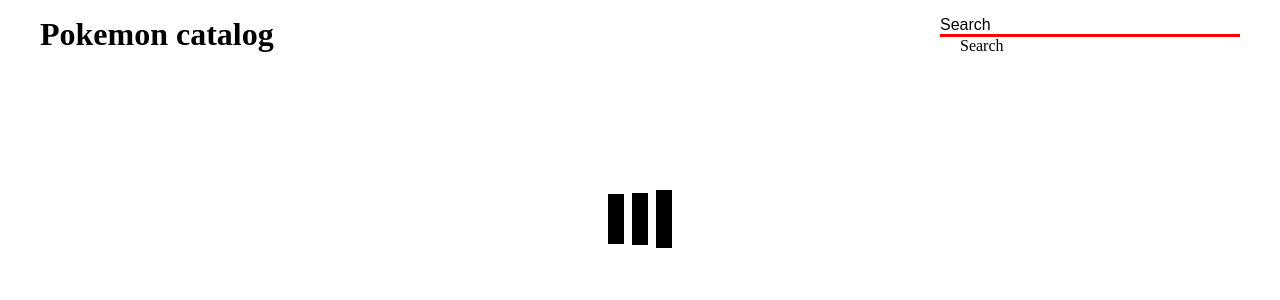
Repository: Ryszard-Penkala/pokemon-API
Page: index.html
An editor plug-in stored every save of this project. The page is shown before and after the next save, followed by the edit.
The browser window is 1280 px wide. The pictures show the whole page.
The page's requests for data from a server got no answer.

Above is the page before, as saved 2020-06-28 18:20:29.

### index.html
<!DOCTYPE html>
<html lang="en">
<head>
    <meta charset="UTF-8">
    <meta name="viewport" content="width=device-width, initial-scale=1.0">
    <link href="https://fonts.googleapis.com/css2?family=Lato:wght@400;700&amp;display=swap" rel="stylesheet">
    <link rel="stylesheet" href="assets/styles/styles.css">
    <title>Pokemon API</title>
</head>
<body>
    <main class="pokemon-app">
        <header class="header-main pokemon-app__header">
            <div class="header-main__catalog">
                <h1 class="header-main__heading">Pokemon catalog</h1>
            </div>
            <div class="header-main__search-bar">
                <input class="header-main__searching header-main__searching--active" type="text" name="search" id="search" placeholder="Search" autocomplete="off">
                <label for="search" class="header-main__search-label">Search</label>
            </div>
        </header>
        <section class="section-main pokemon-app__section" data-content>

        </section>
        <footer class="footer-main pokemon-app__footer">
            <div class="footer-main__load-bar">
                <button class="footer-main__load-button" data-load-button>Load more</button>
                <div class="footer-main__loader hidden" data-loader><div></div><div></div><div></div></div>
            </div>

        </footer>
    </main>


    <script src="assets/js/script.js"></script>
    <script>
        const Catalog = new pokemonAPICatalog();
        Catalog.init();
    </script>
</body>
</html>

### assets/styles/styles.css
*, *::before, *::after{
    margin: 0;
    padding: 0;
    box-sizing: border-box;
}
.body{
    display: flex;
    font-family: "Lato", sans-serif;
}

.pokemon-app{
    max-width: 1200px;
    margin: 0 auto;
}

.pokemon-app__section{
  padding-top: 20px;
}

.header-main{
    display: flex;
    justify-content: space-between;
    padding: 1rem 0;
}

.header-mian__catalog{
    display: inline-block;
}

.header-main__search-bar{
    display: flex;
    flex-direction: column;
}

.header-main__searching{
  border: none;
  width: 300px;
  font-size: 16px;
  border-bottom: 3px solid red;
}

.header-main__searching::placeholder{
  color: #000;
  margin-left: 20px;
}

.header-main__searching:focus{
  outline: none;
  border-bottom: 3px solid yellow;
}

.header-main__search-label{
  margin-left: 20px;
  font-size: 16px;
  width 300px
}

.section-main{
    display: grid;
    grid-gap: 25px;
    grid-template-columns: repeat(auto-fit, minmax(250px, 1fr));
}
.section-main__card{
    width: 250px;
    margin: 0 auto;
}
.card__header{
    display: flex;
    justify-content: space-between;
    line-height: 24px;
}

.card__name{
    font-size: 24px;
}

.card__image{
    width: 250px;
}

.card--bold{
    font-weight: 700;
}

.footer-main__load-button{
  display: block;
  margin: 5rem auto;
  height: 5rem;
  width: 20rem;
  font-size: 24px;
  border: 5px solid;
  cursor: pointer;
}

.footer-main__load-button:hover{
  color: white;
  background-color: black;
  border: 5px solid black;
}

.footer-main__loader {
    display: block;
    position: relative;
    width: 80px;
    height: 5rem;
    margin: 5rem auto;
  }
  .footer-main__loader div {
    display: inline-block;
    position: absolute;
    left: 8px;
    width: 16px;
    background: #000;
    animation: footer-main__loader 1.2s cubic-bezier(0, 0.5, 0.5, 1) infinite;
  }
  .footer-main__loader div:nth-child(1) {
    left: 8px;
    animation-delay: -0.24s;
  }
  .footer-main__loader div:nth-child(2) {
    left: 32px;
    animation-delay: -0.12s;
  }
  .footer-main__loader div:nth-child(3) {
    left: 56px;
    animation-delay: 0;
  }
  @keyframes footer-main__loader {
    0% {
      top: 8px;
      height: 5rem;
    }
    50%, 100% {
      top: 24px;
      height: 3rem;
    }
  }

.hidden{
    display: none;
    background-color: green;
  }

### assets/js/script.js
class pokemonAPICatalog {
    constructor() {
        this.catalog = null;
        this.cards = [];
        this.page = 1;

        this.API = "https://api.pokemontcg.io";
        this.API_VERSION= "v1";
        this.API_RESOURCE = "cards?pageSize=4&page=2";
        this.API_PAGE_SIZE = "pageSize=4"
        this.API_PAGE = "page="

        this.API_ENDPOINT = `${this.API}/${this.API_VERSION}/${this.API_RESOURCE}?${this.API_PAGE_SIZE}&${this.API_PAGE}${this.page}`;

        this.UiSelectors = {
            content : `[data-content]`,
            loadButton : `[data-load-button]`,
            loader : `[data-loader]`
        }
    }
    init(){
        this.catalog = document.querySelector(this.UiSelectors.content);
        this.loadButton = document.querySelector(this.UiSelectors.loadButton);
        this.loader = document.querySelector(this.UiSelectors.loader);
        this.pullCards(this.API_ENDPOINT);
        this.loadButton.addEventListener("click",()=>{
            this.updateAPI_ENDPOINT();
            this.pullCards(this.API_ENDPOINT);
        })
    }

    updateAPI_ENDPOINT(){
        this.page ++;
        this.API_ENDPOINT = `${this.API}/${this.API_VERSION}/${this.API_RESOURCE}?${this.API_PAGE_SIZE}&${this.API_PAGE}${this.page}`;
    }

    updateClassList(){
        this.loadButton.classList.toggle('hidden');
        this.loader.classList.toggle('hidden');
    }

    async pullCards(url){
        this.updateClassList();
        const { cards } = await this.fetchData(url)
        this.cards = [...cards];
        this.addCards(this.cards);
        this.updateClassList();
    }


    async fetchData(url){
        const response = await fetch(url);
        const parsedResponse = await response.json();

        return parsedResponse;
    }

    addCards(cards){
        this.cards.map(card => {
            this.catalog.insertAdjacentHTML("beforeend", this.drawCard(card))
        });
    }

    drawCard(card){
        return(
            `<span class="section-main__card">
                <header class="card__header">
                    <span class="card__name card--bold">${card.name}</span>
                    <span class="card__id">Nr: ${card.number}</span>
                </header>
                <img src=${card.imageUrl} class="card__image">
                <footer class="card_footer">
                    <div class="card__supertype">
                        <span class="card__supertype card--bold">Supertype : </span>
                        ${card.supertype}
                    </div>
                    <div class="card__subtype">
                        <span class="card__subtype card--bold">Subtype : </span>
                        ${card.subtype}
                    </div>
                    <div class="card__rarity">
                        <span class="card__rarity card--bold">Rarity : </span>
                        ${card.rarity}
                    </div>
                </footer>
            </span>`
        )
    }
}

After the next save:
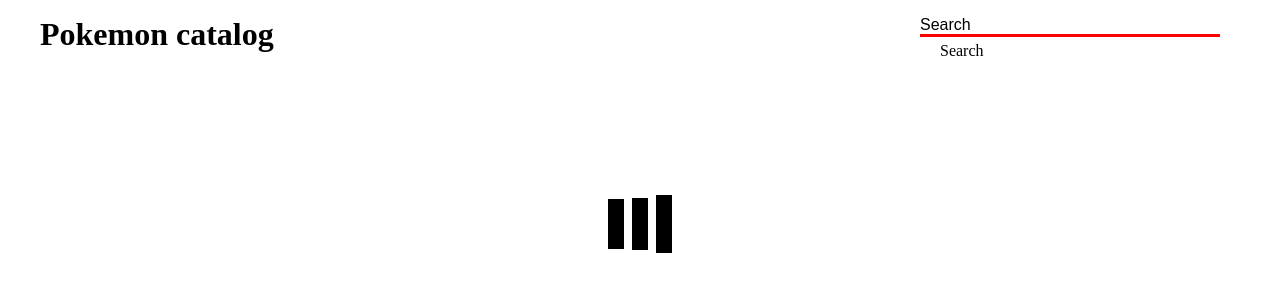
Saved 20 s later.
--- a/assets/styles/styles.css
+++ b/assets/styles/styles.css
@@ -51,8 +51,9 @@
 
 .header-main__search-label{
   margin-left: 20px;
+  margin-top: 5px;
   font-size: 16px;
-  width 300px
+  width: 300px;
 }
 
 .section-main{
